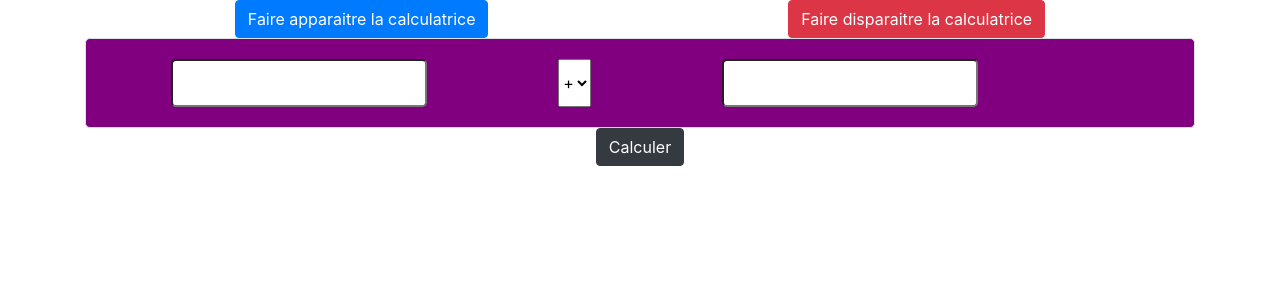
Repository: julieLyM/calculatrice
Page: calculatrice.html
The author's editor kept a copy of each file at every save. The page is drawn from the files as they stood at one save, then again after a run of saves.
The browser window is 1280 px wide. The pictures show the whole page.

Above is the page before, as saved 2020-12-08 15:20:58.

### calculatrice.html
<!DOCTYPE html>
<html lang="fr">
  <head>
    <meta charset="UTF-8">
    <meta name="viewport" content="width=device-width, initial-scale=1.0">
		<link rel="stylesheet" href="https://cdn.jsdelivr.net/npm/bootstrap@4.5.3/dist/css/bootstrap.min.css" integrity="sha384-TX8t27EcRE3e/ihU7zmQxVncDAy5uIKz4rEkgIXeMed4M0jlfIDPvg6uqKI2xXr2" crossorigin="anonymous">

    <title>exercice calculatrice</title>
  </head>
  <body>
    <div class="container-fluid">
      <div class="container">

        <div class="row justify-content-around" style="margin: 0 auto; text-align:center">
            <button class="btn btn-primary" id="appear" >Faire apparaitre la calculatrice </button>
            <button class="btn btn-danger" id="disapear">Faire disparaitre la calculatrice</button>
        </div>


        <div class="row justify-content-around border w-100 rounded-lg" id="blocCal"  style="padding: 20px;margin: 0px auto; text-align:center; background-color: purple">

          <input type="text" class="rounded-lg" value="" id="nombre1">

          <select name="calcul" id="operateur">
            <option>+</option>
            <option>-</option>
            <option>*</option>
            <option>/</option>
          </select>

          <input type="text" class="rounded-lg" value="" id="nombre2">
          <br>
          <br>
        </div>

        <div class="row justify-content-center">
          <button type="button" class="btn btn-dark" id="calculer">Calculer</button>
        </div>

          <br>
    <div class="row justify-content-center">
      <div id="message"></div>
    </div>
  </div>
</div>
    <!--APPEL JQUERY-->
		<script src="https://code.jquery.com/jquery-3.5.1.min.js" integrity="sha256-9/aliU8dGd2tb6OSsuzixeV4y/faTqgFtohetphbbj0=" crossorigin="anonymous"></script>
		<script src="https://cdn.jsdelivr.net/npm/bootstrap@4.5.3/dist/js/bootstrap.bundle.min.js" integrity="sha384-ho+j7jyWK8fNQe+A12Hb8AhRq26LrZ/JpcUGGOn+Y7RsweNrtN/tE3MoK7ZeZDyx" crossorigin="anonymous"></script>
    <!--NOTRE CODE JS-->
    <script src="calculatrice.js"></script>
  </body>
</html>

### calculatrice.js
//Etapes :
// --------
// - faire une page html
// - créer deux input type text avec deux id différent pour la saisie des valeurs
// - créer un select avec un id pour proposer les différents opérateurs. (+-*/    ** %)
// - créer un bouton avec un id pour lancer le calcul (button, span)

// Avec js :
// ---------
// - lors du click  sur le bouton (evenement) :
// - récupérer les deux saisies des champs text et l'opérateur selectionné

// - il peut être important de passer les saisies dans un parseFloat() pour les transformer en type number
// - declencher le calcul des saisies selon  l'opérateur avec un if qui va tester l'opérateur pour déclencher l'opération.
// - afficher l'opération avec le résultat.

// Pour aller plus loin :
// ----------------------
// - essayer de donner la possibilité de faire apparaitre ou disparaitre la calculatrice

$(document).ready(function () {
  $('#appear').on('click', function () {
    $('#blocCal').slideDown(1000);
  });

  // Cacher la  calculatrice :
  $('#disapear').on('click', function () {
    $('#blocCal').slideUp(1000);
  });

  $('#calculer').on('click', function () {
    var value1 = $('#nombre1').val();
    var signe = $('#operateur').val();
    var value2 = $('#nombre2').val();

    value1 = parseFloat(value1);
    value2 = parseFloat(value2);
    var resultat = '';

    if (signe == '+') {
      resultat = $('#message').html(
        '<div style="background-color: pink;color: yellow; text-align: center;font-size:26px; padding:20px">Résultat addition: ' +
          value1 +
          signe +
          value2 +
          ' = ' +
          (value1 + value2) +
          '</div>'
      );
    } else if (signe == '-') {
      resultat = resultat = $('#message').html(
        '<div style="background-color: pink;color: blue; text-align: center;font-size:26px; padding:20px">Résultat soustration: ' +
          value1 +
          signe +
          value2 +
          ' = ' +
          (value1 - value2) +
          '</div>'
      );
    } else if (signe == '*') {
      resultat = resultat = $('#message').html(
        '<div style="background-color: pink;color: purple; text-align: center;font-size:26px; padding:20px">Résultat multiplication: ' +
          value1 +
          signe +
          value2 +
          ' = ' +
          value1 * value2 +
          '</div>'
      );
    } else if (signe == '/') {
      resultat = resultat = $('#message').html(
        '<div style="background-color: pink;color: green; text-align: center;font-size:26px; padding:20px">Résultat division: ' +
          value1 +
          signe +
          value2 +
          ' = ' +
          value1 / value2 +
          '</div>'
      );
    }
  });

  $('#nombre1, #nombre2').on('mouseover', function () {
    $('#message').html(
      `<div style="background-color: pink;color: red; padding:20px">Saisir un chiffre</div>`
    );
  });

  $('#nombre1, #nombre2').on('mouseout', function () {
    $('#message').html('');
  });

  $('#operateur').on('mouseover', function () {
    $('#message').html(
      `<div style="background-color: pink;color: red; padding:20px">Saisir un opérateur + - / *</div>`
    );
  });
  $('#operateur').on('mouseout', function () {
    $('#message').html('');
  });
});

After the next 2 saves:
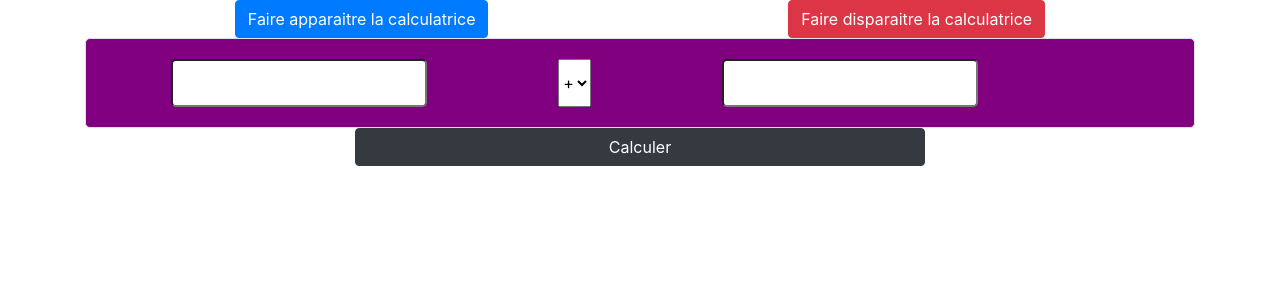
The 2 saves are shown as one change because they came seconds apart.
The last was saved 7 s later.
--- a/calculatrice.html
+++ b/calculatrice.html
@@ -34,7 +34,7 @@
         </div>
 
         <div class="row justify-content-center">
-          <button type="button" class="btn btn-dark" id="calculer">Calculer</button>
+          <button type="button" class="btn btn-dark w-50" id="calculer">Calculer</button>
         </div>
 
           <br>
